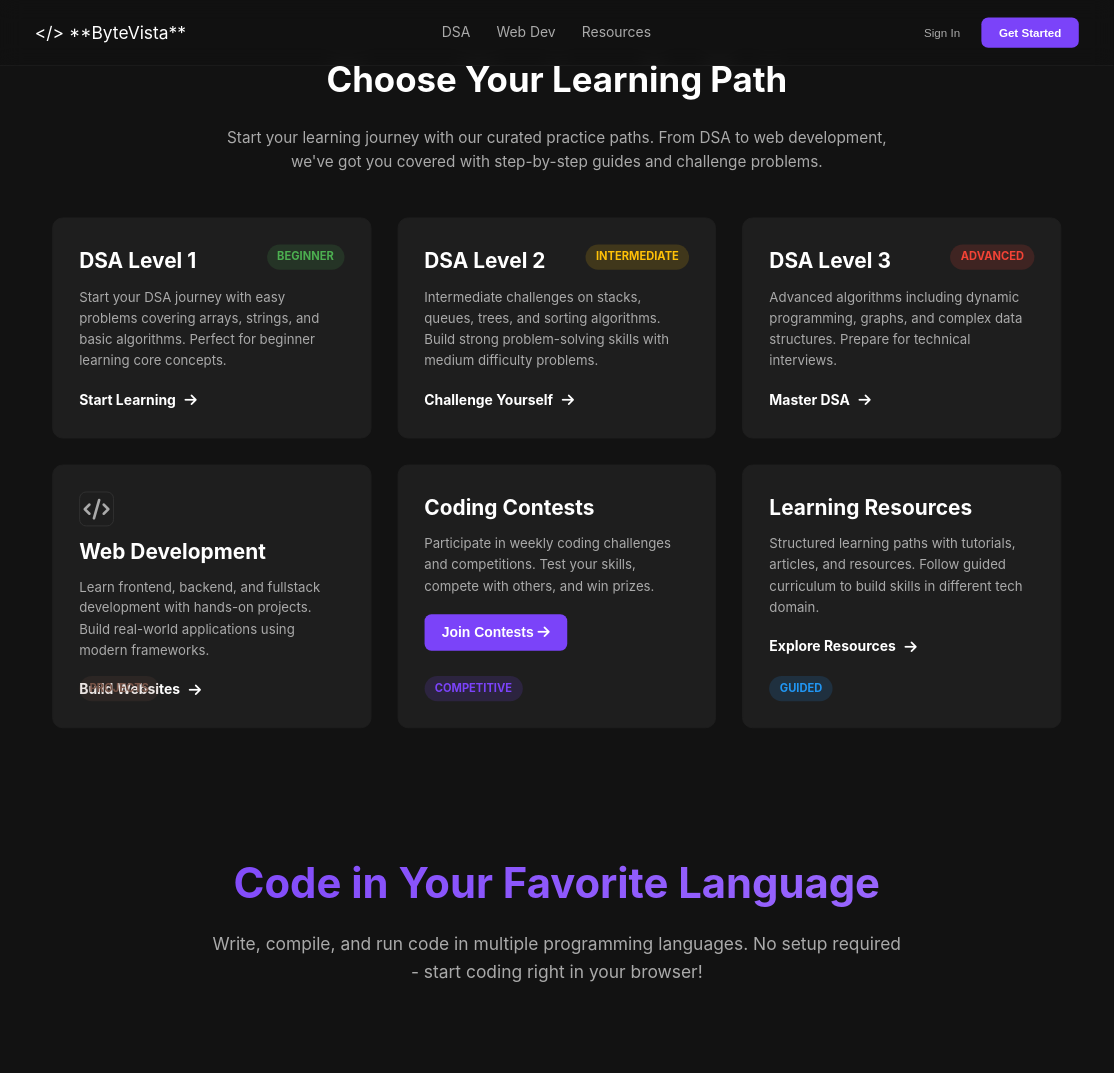
Repository: biswaranjansatapathy2005-lang/ByteVista
Page: frontend/course/course.html
An editor plug-in stored every save of this project. The page is shown before and after a run of saves, followed by the edit.
The browser window is 1280 px wide. The pictures show the whole page, at 87% of full size.

Above is the page before, as saved 2025-12-13 02:24:33.

### frontend/course/course.html
<!DOCTYPE html>
<html lang="en">
<head>
    <meta charset="UTF-8">
    <meta name="viewport" content="width=device-width, initial-scale=1.0">
    <title>ByteVista-style Course Section</title>
    <link rel="stylesheet" href="course.css">
    <link rel="stylesheet" href="https://cdnjs.cloudflare.com/ajax/libs/font-awesome/6.0.0-beta3/css/all.min.css">
</head>
<body>
    <header class="main-header">
        <div class="logo">
            &lt;/&gt; **ByteVista**
        </div>
        <nav>
            <ul>
                <li><a href="#">DSA</a></li>
                <li><a href="#">Web Dev</a></li>
                <li><a href="#">Resources</a></li>
            </ul>
        </nav>
        <div class="user-actions">
            <button class="sign-in">Sign In</button>
            <button class="get-started">Get Started</button>
        </div>
    </header>
    <script>
    const header = document.querySelector('.main-header');

    window.addEventListener('scroll', () => {
        if (window.scrollY > 10) {
            header.classList.add('scrolled');
        } else {
            header.classList.remove('scrolled');
        }
    });
</script>


    <section class="learning-paths">
        <div class="container">
            <h2 class="section-title">Choose Your Learning Path</h2>
            <p class="section-subtitle">
                Start your learning journey with our curated practice paths. From DSA to web development,
                we've got you covered with step-by-step guides and challenge problems.
            </p>

            <div class="card-grid">
                <a href="#" class="card card-dsa-1">
                    <span class="tag tag-beginner">Beginner</span>
                    <div class="card-content">
                        <h3>DSA Level 1</h3>
                        <p>Start your DSA journey with easy problems covering arrays, strings, and basic algorithms. Perfect for beginner learning core concepts.</p>
                        <div class="card-link">
                            Start Learning <i class="fas fa-arrow-right"></i>
                        </div>
                    </div>
                </a>

                <a href="#" class="card card-dsa-2">
                    <span class="tag tag-intermediate">Intermediate</span>
                    <div class="card-content">
                        <h3>DSA Level 2</h3>
                        <p>Intermediate challenges on stacks, queues, trees, and sorting algorithms. Build strong problem-solving skills with medium difficulty problems.</p>
                        <div class="card-link">
                            Challenge Yourself <i class="fas fa-arrow-right"></i>
                        </div>
                    </div>
                </a>

                <a href="#" class="card card-dsa-3">
                    <span class="tag tag-advanced">Advanced</span>
                    <div class="card-content">
                        <h3>DSA Level 3</h3>
                        <p>Advanced algorithms including dynamic programming, graphs, and complex data structures. Prepare for technical interviews.</p>
                        <div class="card-link">
                            Master DSA <i class="fas fa-arrow-right"></i>
                        </div>
                    </div>
                </a>

                <a href="#" class="card card-web-dev">
                    <span class="icon-indicator"><i class="fas fa-code"></i></span>
                    <span class="tag tag-projects">Projects</span>
                    <div class="card-content">
                        <h3>Web Development</h3>
                        <p>Learn frontend, backend, and fullstack development with hands-on projects. Build real-world applications using modern frameworks.</p>
                        <div class="card-link">
                            Build Websites <i class="fas fa-arrow-right"></i>
                        </div>
                    </div>
                </a>

                <a href="#" class="card card-contests">
                    <span class="tag tag-competitive">Competitive</span>
                    <div class="card-content">
                        <h3>Coding Contests</h3>
                        <p>Participate in weekly coding challenges and competitions. Test your skills, compete with others, and win prizes.</p>
                        <button class="join-btn">Join Contests <i class="fas fa-arrow-right"></i></button>
                    </div>
                </a>

                <a href="#" class="card card-resources">
                    <span class="tag tag-guided">Guided</span>
                    <div class="card-content">
                        <h3>Learning Resources</h3>
                        <p>Structured learning paths with tutorials, articles, and resources. Follow guided curriculum to build skills in different tech domain.</p>
                        <div class="card-link">
                            Explore Resources <i class="fas fa-arrow-right"></i>
                        </div>
                    </div>
                </a>
            </div>
        </div>
    </section>

    <section class="code-section">
        <h2 class="code-title">Code in Your Favorite Language</h2>
        <p class="code-subtitle">
            Write, compile, and run code in multiple programming languages. No setup required - start coding right in your browser!
        </p>
    </section>

    <script src="course.js"></script>
</body>
</html>

### frontend/course/course.css
/* Base Styles for Dark Theme */
:root {
    --color-background: #121212; /* Very dark background */
    --color-card-bg: #1e1e1e; /* Slightly lighter card background */
    --color-text-primary: #ffffff;
    --color-text-secondary: #aaaaaa;
    --color-accent-purple: #7b43f9; /* Main CTA purple */
    --color-border-subtle: #333333;
    --color-shadow: rgba(0, 0, 0, 0.4);

    /* Tag Colors (adjust as needed) */
    --tag-beginner-bg: rgba(76, 175, 80, 0.15); /* Greenish */
    --tag-beginner-text: #4caf50;
    --tag-intermediate-bg: rgba(255, 193, 7, 0.15); /* Yellowish */
    --tag-intermediate-text: #ffc107;
    --tag-advanced-bg: rgba(244, 67, 54, 0.15); /* Reddish */
    --tag-advanced-text: #f44336;
    --tag-projects-bg: rgba(121, 85, 72, 0.15); /* Browish */
    --tag-projects-text: #795548;
    --tag-competitive-bg: rgba(123, 67, 249, 0.15); /* Purpleish */
    --tag-competitive-text: #7b43f9;
    --tag-guided-bg: rgba(33, 150, 243, 0.15); /* Bluish */
    --tag-guided-text: #2196f3;
}

* {
    box-sizing: border-box;
    margin: 0;
    padding: 0;
}

body {
    font-family: 'Inter', sans-serif; /* Use a modern font-family */
    background-color: var(--color-background);
    color: var(--color-text-primary);
    line-height: 1.6;
    min-height: 100vh;
}

.container {
    max-width: 1200px;
    margin: 0 auto;
    padding: 0 20px;
}

/* Header Styling - Mock-up based on image */
.main-header {
    display: flex;
    justify-content: space-between;
    align-items: center;
    padding: 20px 40px;
    border-bottom: 1px solid var(--color-border-subtle);
    position: fixed;
    background: rgba(18, 18, 18, 0.25); /* transparent dark */
    backdrop-filter: blur(12px);        /* glass blur */
    -webkit-backdrop-filter: blur(12px);

    border-bottom: 1px solid rgba(255, 255, 255, 0.05);

    transition:
        padding 0.25s ease,
        background 0.25s ease,
        border-color 0.3s ease,
        backdrop-filter 0.3s ease;

    top: 0;
    left: 0;
    width: 100%;
    z-index: 999;
}
.main-header.scrolled {
    background: rgba(18, 18, 18, 0.55);         /* stronger background */
    backdrop-filter: blur(18px);
    -webkit-backdrop-filter: blur(18px);

    padding: 12px 40px;                         /* tighten navbar */
    border-bottom: 1px solid rgba(255, 255, 255, 0.12);
}

.logo {
    font-size: 1.25rem;
    color: var(--color-text-primary);
}

nav ul {
    list-style: none;
    display: flex;
}

nav ul li a {
    text-decoration: none;
    color: var(--color-text-secondary);
    padding: 10px 15px;
    transition: color 0.3s;
}

nav ul li a:hover {
    color: var(--color-text-primary);
}

.user-actions .sign-in {
    background: none;
    border: none;
    color: var(--color-text-secondary);
    padding: 10px 20px;
    cursor: pointer;
}

.user-actions .get-started {
    background-color: var(--color-accent-purple);
    color: var(--color-text-primary);
    border: none;
    border-radius: 8px;
    padding: 10px 20px;
    cursor: pointer;
    font-weight: bold;
    transition: background-color 0.3s;
}

.user-actions .get-started:hover {
    background-color: #9c6eff; /* Lighter purple on hover */
}

/* Section Title and Subtitle */
.learning-paths {
    padding: 60px 0;
}

.section-title {
    text-align: center;
    font-size: 2.5rem;
    margin-bottom: 20px;
}

.section-subtitle {
    text-align: center;
    color: var(--color-text-secondary);
    max-width: 800px;
    margin: 0 auto 50px;
    font-size: 1.1rem;
}

/* Card Grid Layout */
.card-grid {
    display: grid;
    grid-template-columns: repeat(3, 1fr); /* 3 columns for the main section */
    gap: 30px;
}

/* Card General Style */
.card {
    display: block; /* Make the whole card clickable */
    text-decoration: none;
    background-color: var(--color-card-bg);
    border-radius: 12px;
    padding: 30px;
    position: relative;
    overflow: hidden;
    color: var(--color-text-primary);
    border: 1px solid var(--color-card-bg); /* Initial border */

    /* Transition for subtle animation */
    transition: transform 0.3s ease, box-shadow 0.3s ease, border-color 0.3s ease;
}

.card:hover {
    transform: translateY(-5px); /* Lift effect */
    box-shadow: 0 15px 30px var(--color-shadow); /* Stronger shadow */
    border-color: var(--color-accent-purple); /* Border highlight */
}

.card h3 {
    font-size: 1.5rem;
    margin-bottom: 10px;
}

.card p {
    color: var(--color-text-secondary);
    margin-bottom: 20px;
    font-size: 0.95rem;
}

/* Tag Styles */
.tag {
    position: absolute;
    top: 30px;
    right: 30px;
    padding: 4px 12px;
    border-radius: 20px;
    font-size: 0.8rem;
    font-weight: bold;
    text-transform: uppercase;
}

.tag-beginner {
    background-color: var(--tag-beginner-bg);
    color: var(--tag-beginner-text);
}

.tag-intermediate {
    background-color: var(--tag-intermediate-bg);
    color: var(--tag-intermediate-text);
}

.tag-advanced {
    background-color: var(--tag-advanced-bg);
    color: var(--tag-advanced-text);
}

.tag-projects, .tag-competitive, .tag-guided {
    right: auto;
    left: 30px;
    top: auto;
    bottom: 30px;
    padding: 4px 12px;
}

.tag-projects {
    background-color: var(--tag-projects-bg);
    color: var(--tag-projects-text);
}

.tag-competitive {
    background-color: var(--tag-competitive-bg);
    color: var(--tag-competitive-text);
}

.tag-guided {
    background-color: var(--tag-guided-bg);
    color: var(--tag-guided-text);
}

/* Card Link/CTA Styling */
.card-link {
    color: var(--color-text-primary);
    font-weight: bold;
    display: flex;
    align-items: center;
    gap: 10px;
    transition: color 0.3s;
}

.card:hover .card-link {
    color: var(--color-accent-purple);
}

.card-link i {
    transition: transform 0.3s;
}

/* Animation: Arrow move on hover */
.card:hover .card-link i {
    transform: translateX(5px);
}

/* Specific styling for the Web Development card's icon indicator (left) */
.icon-indicator {
    position: absolute;
    top: 30px;
    left: 30px;
    font-size: 1.5rem;
    color: var(--color-text-secondary);
    width: 40px;
    height: 40px;
    display: flex;
    justify-content: center;
    align-items: center;
    border: 1px solid var(--color-border-subtle);
    border-radius: 8px;
    transition: color 0.3s, border-color 0.3s;
}

.card-web-dev:hover .icon-indicator {
    color: var(--color-accent-purple);
    border-color: var(--color-accent-purple);
}

/* Adjust content position for cards with top-left elements */
.card-web-dev .card-content {
    margin-top: 50px;
}

/* Join Contests Button (Purple CTA button inside the card) */
.join-btn {
    background-color: var(--color-accent-purple);
    color: var(--color-text-primary);
    border: none;
    border-radius: 8px;
    padding: 12px 20px;
    cursor: pointer;
    font-weight: bold;
    font-size: 1rem;
    transition: background-color 0.3s, transform 0.3s;
}

.join-btn:hover {
    background-color: #9c6eff;
    transform: scale(1.02);
}

/* Second Section (Code in Your Favorite Language) */
.code-section {
    text-align: center;
    padding: 80px 0 100px;
}

.code-title {
    font-size: 3rem;
    margin-bottom: 15px;
    background: linear-gradient(90deg, #7b43f9, #a06eff); /* Purple gradient */
    -webkit-background-clip: text;
    -webkit-text-fill-color: transparent;
    background-clip: text;
    -webkit-text-fill-color: transparent;
}

.code-subtitle {
    font-size: 1.25rem;
    color: var(--color-text-secondary);
    max-width: 800px;
    margin: 0 auto;
}

### frontend/course/course.js
document.addEventListener('DOMContentLoaded', () => {
    const cards = document.querySelectorAll('.card');

    cards.forEach(card => {
        card.addEventListener('mousemove', handleMouseMove);
        card.addEventListener('mouseleave', handleMouseLeave);
    });
    // GLASS NAVBAR SCROLL EFFECT
const header = document.querySelector('.main-header');

window.addEventListener('scroll', () => {
    if (window.scrollY > 10) {
        header.classList.add('scrolled');
    } else {
        header.classList.remove('scrolled');
    }
});

    /**
     * Calculates and applies a subtle 3D tilt effect on mouse movement.
     * @param {MouseEvent} e - The mouse event object.
     */
    function handleMouseMove(e) {
        const card = e.currentTarget;
        const rect = card.getBoundingClientRect();

        // Get coordinates relative to the center of the card
        const x = e.clientX - rect.left - rect.width / 2;
        const y = e.clientY - rect.top - rect.height / 2;

        // Calculate rotation angles
        // The max tilt is set to 5 degrees for a subtle effect
        const rotateX = (-1 * (y / rect.height) * 5).toFixed(2);
        const rotateY = ((x / rect.width) * 5).toFixed(2);

        // Apply transform. The 'translateZ' makes it feel like it's lifting forward.
        card.style.transition = 'none'; // Disable transition for smooth real-time tilt
        card.style.transform = `perspective(1000px) rotateX(${rotateX}deg) rotateY(${rotateY}deg) scale(1.01)`;

        // Optional: Add a subtle inner shadow/glow based on position
        const shadowX = (x / rect.width) * 30;
        const shadowY = (y / rect.height) * 30;
        card.style.boxShadow = `
            ${-shadowX}px ${-shadowY}px 50px rgba(123, 67, 249, 0.3),
            0 15px 30px var(--color-shadow)
        `;
    }

    /**
     * Resets the card transform when the mouse leaves.
     * @param {MouseEvent} e - The mouse event object.
     */
    function handleMouseLeave(e) {
        const card = e.currentTarget;

        // Re-enable transition for smooth reset
        card.style.transition = 'transform 0.5s ease, box-shadow 0.5s ease, border-color 0.3s ease';

        // Reset transform and box-shadow to the initial CSS state
        card.style.transform = 'perspective(1000px) rotateX(0deg) rotateY(0deg) scale(1)';
        card.style.boxShadow = `0 15px 30px var(--color-shadow)`;
    }
});

After the next 2 saves:
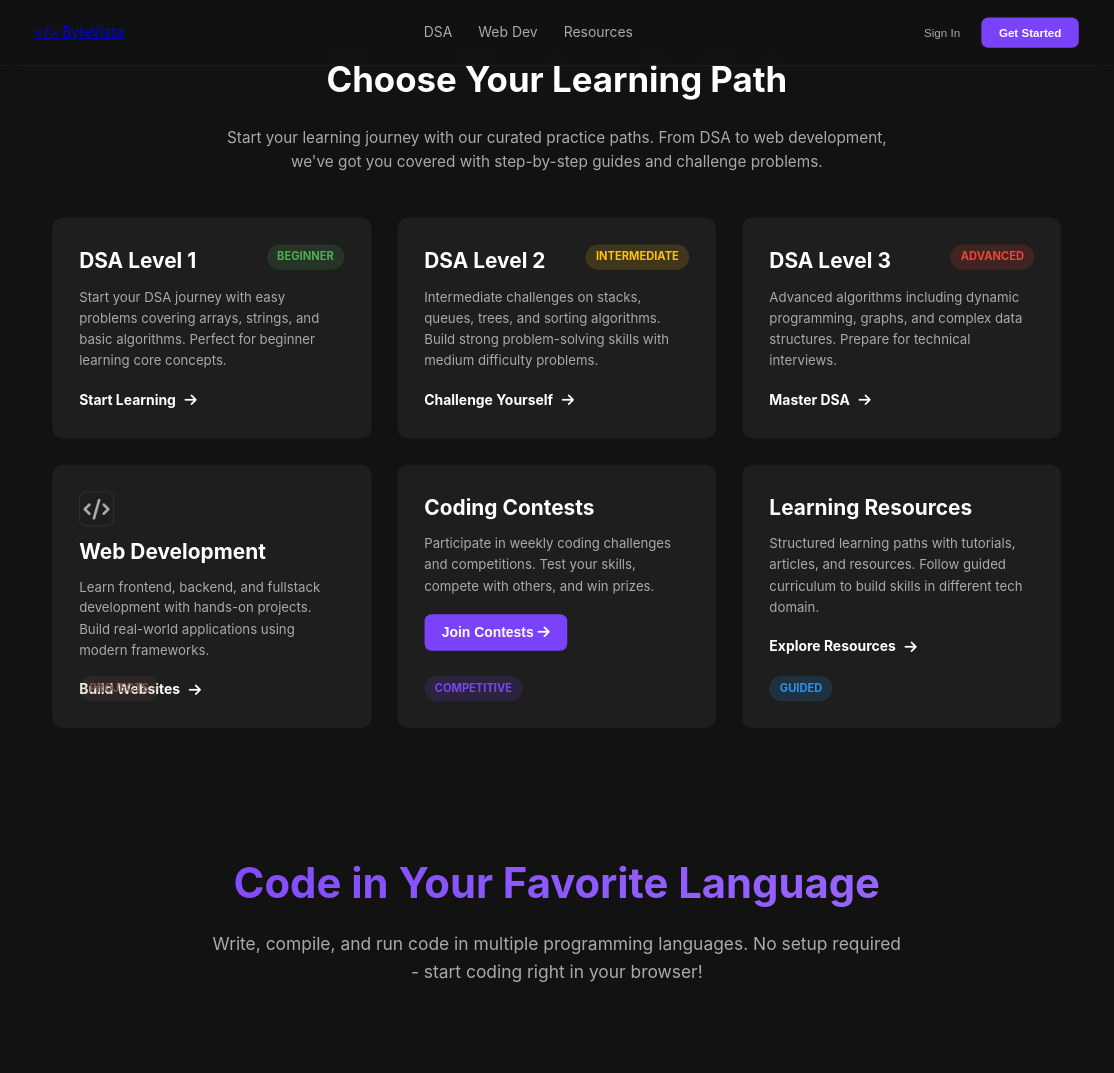
The 2 saves are shown as one change because they came seconds apart.
The last was saved 3 min 3 s later.
--- a/frontend/course/course.html
+++ b/frontend/course/course.html
@@ -9,9 +9,9 @@
 </head>
 <body>
     <header class="main-header">
-        <div class="logo">
-            &lt;/&gt; **ByteVista**
-        </div>
+         <a href="#" class="brand-logo">
+                <span class="logo-icon">&lt;/&gt;</span>
+                <span class="logo-text">ByteVista</span>
         <nav>
             <ul>
                 <li><a href="#">DSA</a></li>
